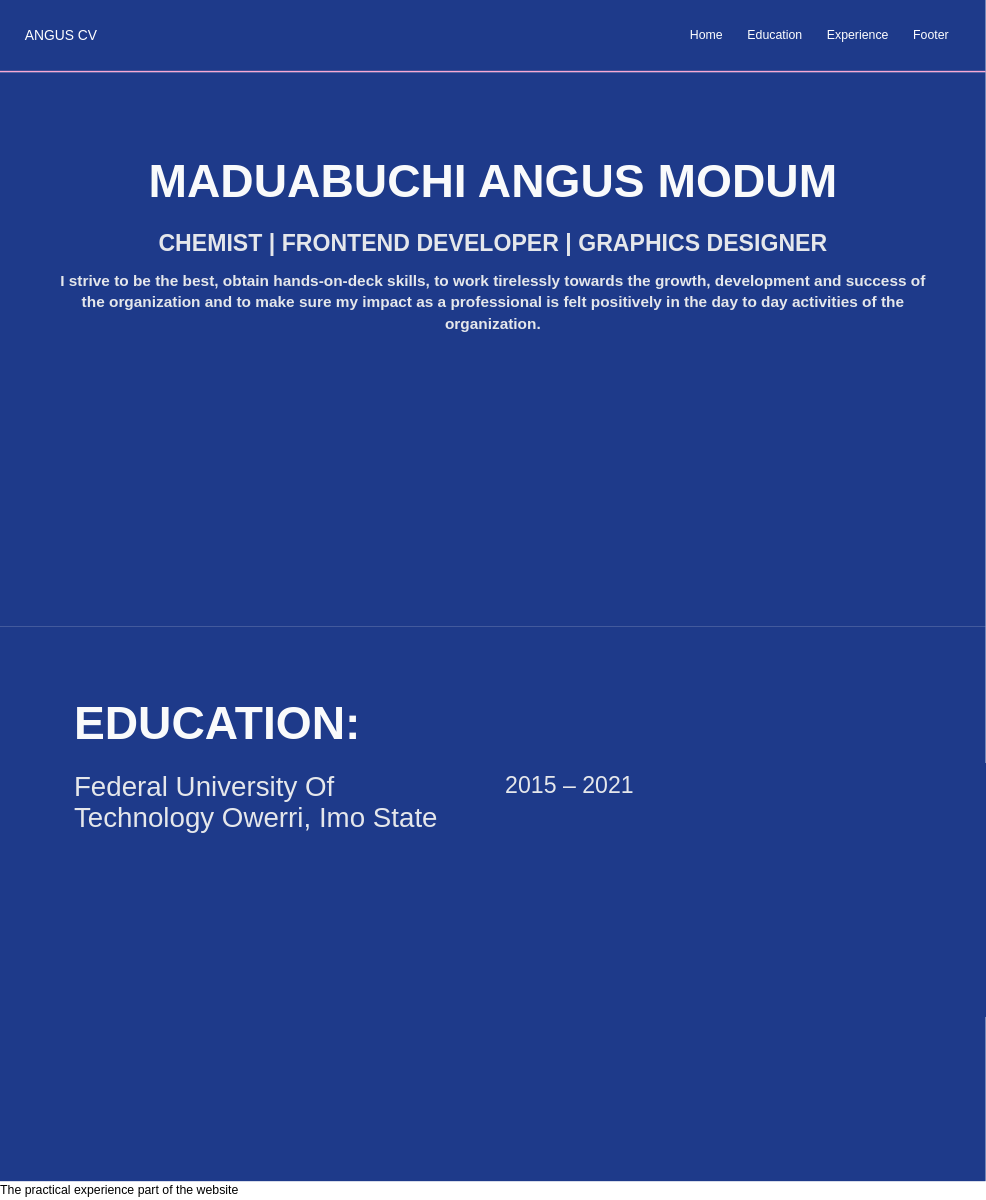
Repository: AngusOnyebuchi/AngusOnyebuchi.github.io
Page: /
These files come from the project's save history. The page is drawn as it stood at one moment and after the next save; the edit follows.
The browser window is 1280 px wide. The pictures show the whole page, at 77% of full size.
The project was rebuilt for these pictures with package versions that can differ from the ones it lists, and the page was loaded fresh each time.

Above is the page before, as saved 2022-04-17 19:28:03.

### public/index.html
<!DOCTYPE html>
<html lang="en">
  <head>
    <meta charset="utf-8" />
    <link rel="icon" href="%PUBLIC_URL%/favicon.ico" />
    <meta name="viewport" content="width=device-width, initial-scale=1" />
    <meta name="theme-color" content="#000000" />
    <meta
      name="description"
      content="Web site created using create-react-app"
    />
    <link rel="apple-touch-icon" href="%PUBLIC_URL%/logo192.png" />
    <!--
      manifest.json provides metadata used when your web app is installed on a
      user's mobile device or desktop. See https://developers.google.com/web/fundamentals/web-app-manifest/
    -->
    <link rel="manifest" href="%PUBLIC_URL%/manifest.json" />
    <!--
      Notice the use of %PUBLIC_URL% in the tags above.
      It will be replaced with the URL of the `public` folder during the build.
      Only files inside the `public` folder can be referenced from the HTML.

      Unlike "/favicon.ico" or "favicon.ico", "%PUBLIC_URL%/favicon.ico" will
      work correctly both with client-side routing and a non-root public URL.
      Learn how to configure a non-root public URL by running `npm run build`.
    -->
    <title>Angus CV </title>
  </head>
  <body>
    <noscript>You need to enable JavaScript to run this app.</noscript>
    <div id="root"></div>
    <!--
      This HTML file is a template.
      If you open it directly in the browser, you will see an empty page.

      You can add webfonts, meta tags, or analytics to this file.
      The build step will place the bundled scripts into the <body> tag.

      To begin the development, run `npm start` or `yarn start`.
      To create a production bundle, use `npm run build` or `yarn build`.
    -->
  </body>
</html>

### src/index.js
import React from "react";
import ReactDOM from "react-dom";
import "./style.css"
import App from "./App";

ReactDOM.render(<App/>, document.getElementById("root"))

### src/style.css
@tailwind base;
@tailwind components;
@tailwind utilities;

@layer base {
    body{
        @apply font-[Sans-serif];
    }
    li {
        @apply px-4;
        @apply cursor-pointer;
    }
}

### src/App.js
import React from "react";
import Home from "./components/Home"
import Education from "./components/Education";
import Experience from "./components/Experience";
import NavBar from "./components/NavBar";

export default function App() {
  return (
    <div>
      <NavBar/>
      <Home/>
      <Education/>
      <Experience/>
    </div>
  )
}

### src/components/Home.js
import React from "react";
import {FaWhatsapp, FaLocationArrow, FaSearchLocation} from "react-icons/fa"
import {HiOutlineMail} from "react-icons/hi"

export default function Home() {
    return (
        <div className="w-full h-screen p-4 bg-blue-900 text-gray-200">
            <h1 className="text-4xl md:text-6xl font-bold uppercase pt-24 text-center text-gray-50">Maduabuchi Angus Modum</h1>
            <h3 className="text-xl md:text-3xl font-bold uppercase pt-8 text-center">Chemist  |  Frontend Developer  |  Graphics Designer</h3>
            <p className="font-bold text-center justify-center text-lg md:text-xl max-w-[1200px] mx-12 mt-4">I strive to be the best, obtain hands-on-deck skills,
                to work tirelessly towards the growth, development and success of the organization and to make sure my impact
                as a professional is felt positively in the day to day activities of the organization.</p>

        </div>
    )
}

### src/components/Education.js
import React from "react";

export default function Education() {
    return(
        <div className="bg-blue-900 w-full h-screen text-gray-200">
            <h1 className="text-4xl md:text-6xl font-bold uppercase pt-24 text-left ml-24 text-gray-50">Education:</h1>
            <div className="grid grid-cols-2 gap-8 mx-16 p-8">
                <h3 className="capitalize text-2xl md:text-4xl ">Federal university of technology owerri, Imo state</h3>
                <h4 className="text-xl md:text-3xl ">2015 – 2021</h4>
            </div>
        </div>
    )
}

### src/components/Experience.js
import React from "react";

export default function Experience() {
    return(
        <div>
            <h1>The practical experience part of the website</h1>
        </div>
    )
}

### src/components/NavBar.js
import React, {useState} from "react";
import {FaTimes, FaBars} from "react-icons/fa"

export default function NavBar() {

    const [nav, setNav] = useState(true)
    const toggle = () => setNav(!nav)

    return(
        <div className="bg-blue-900 text-white w-full p-8 flex justify-between items-center border-b-2 border-pink-300">
            <h1 className="uppercase text-lg">Angus CV</h1>

            <ul className=" hidden sm:flex justify-between">
                <li className="hover:border-b-2 border-pink-300 ">Home</li>
                <li className="hover:border-b-2 border-pink-300 ">Education</li>
                <li className="hover:border-b-2 border-pink-300 ">Experience</li>
                <li className="hover:border-b-2 border-pink-300 ">Footer</li>
            </ul>

            {/** Mobile list */}
            <div onClick={toggle} className="sm:hidden z-10">
                {nav ? <FaBars/> : <FaTimes/>}
            </div>
            <ul className={nav ? 'hidden' : 'absolute top-0 left-0 w-full h-screen bg-inherit flex flex-col justify-center items-center my-8 sm:hidden'}>
                    <li>Home</li>
                    <li>Education</li>
                    <li>Experience</li>
                    <li>Footer</li>
            </ul>
        </div>
    )
}

Loaded but not shown: tailwind.config.js (common file)

After the next save:
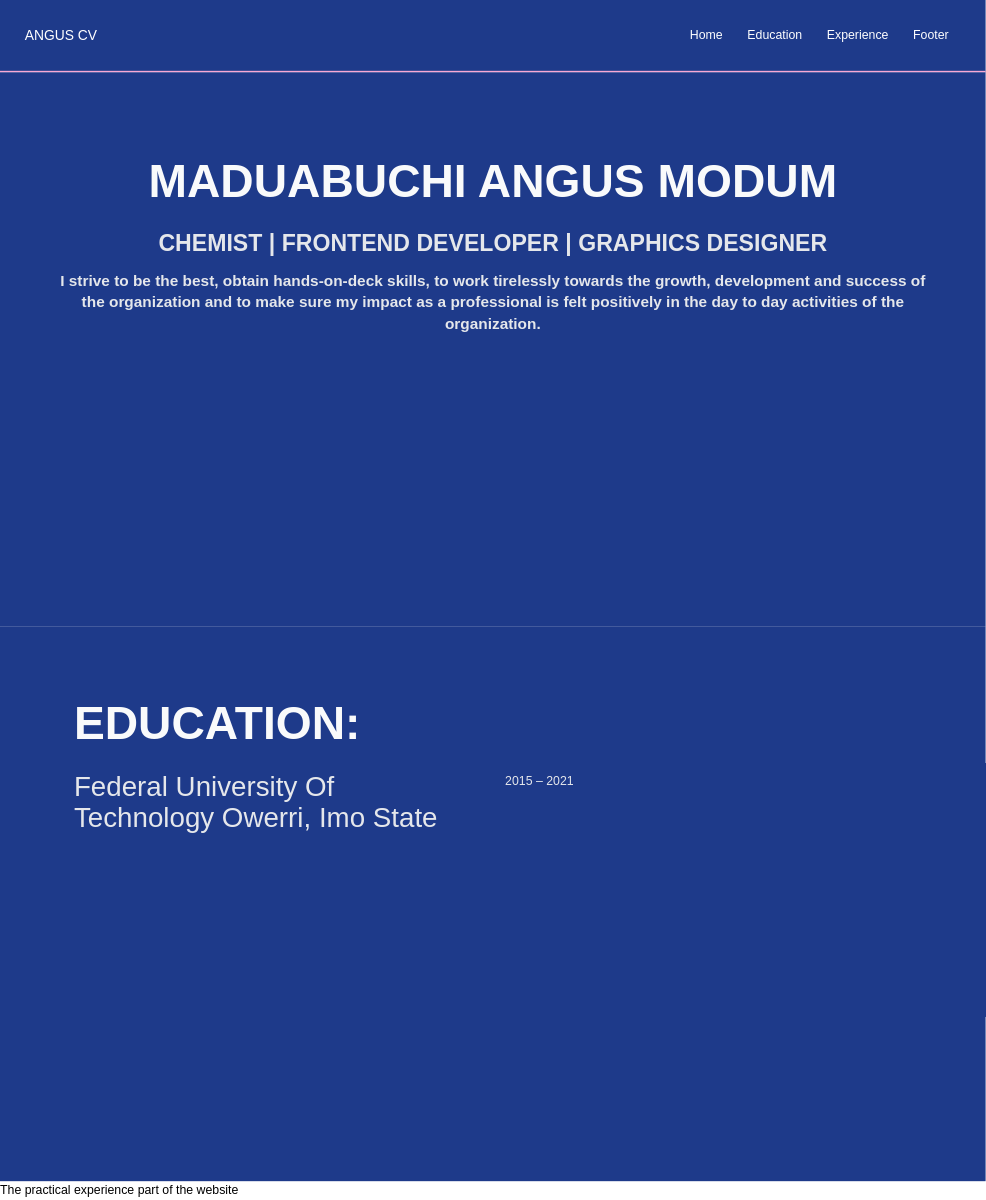
Saved 14 s later.
--- a/src/components/Education.js
+++ b/src/components/Education.js
@@ -6,7 +6,7 @@
             <h1 className="text-4xl md:text-6xl font-bold uppercase pt-24 text-left ml-24 text-gray-50">Education:</h1>
             <div className="grid grid-cols-2 gap-8 mx-16 p-8">
                 <h3 className="capitalize text-2xl md:text-4xl ">Federal university of technology owerri, Imo state</h3>
-                <h4 className="text-xl md:text-3xl ">2015 – 2021</h4>
+                <h4 className="text-lgmd:text-3xl ">2015 – 2021</h4>
             </div>
         </div>
     )

After the save that followed:
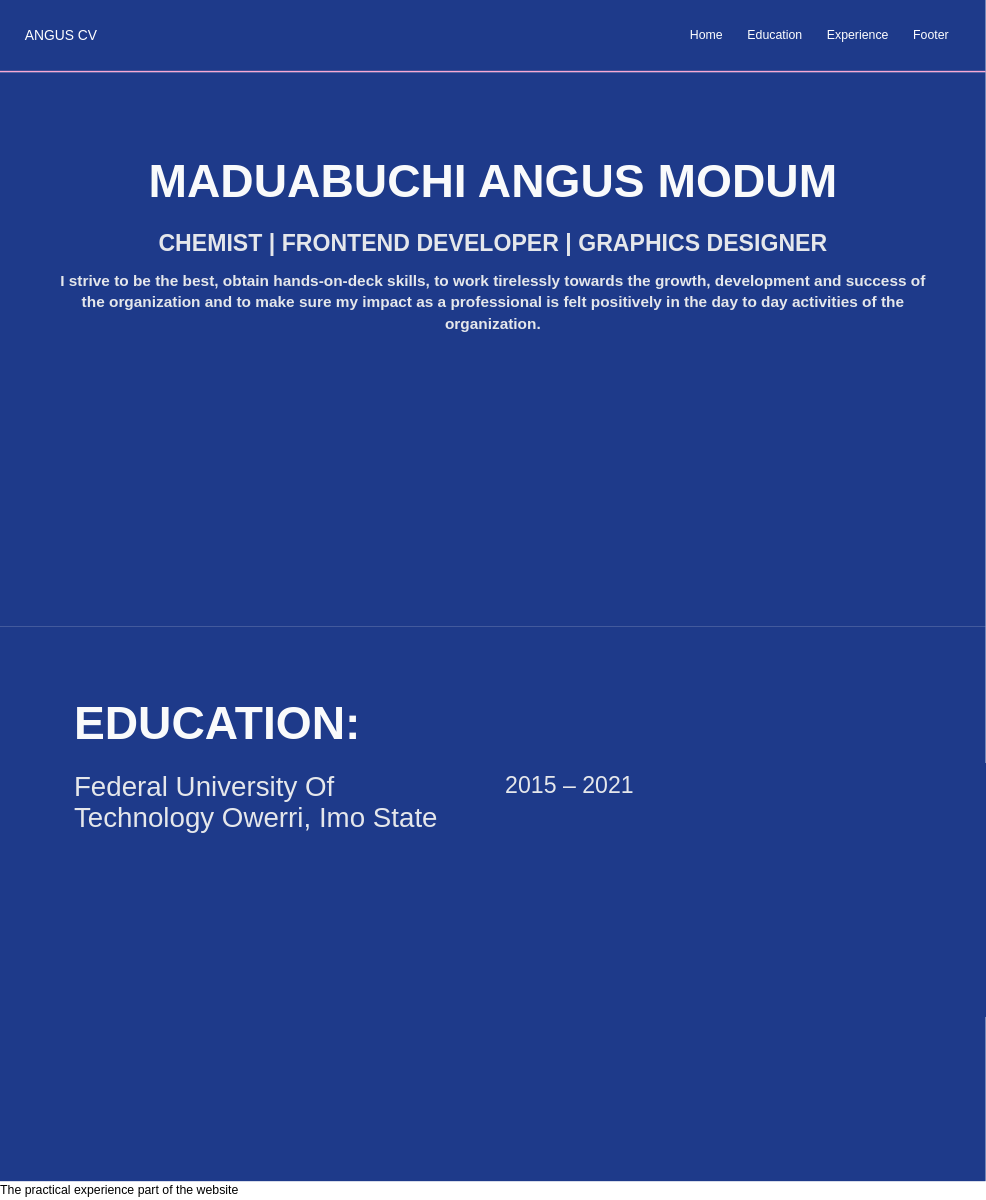
Saved 6 s later.
--- a/src/components/Education.js
+++ b/src/components/Education.js
@@ -6,7 +6,7 @@
             <h1 className="text-4xl md:text-6xl font-bold uppercase pt-24 text-left ml-24 text-gray-50">Education:</h1>
             <div className="grid grid-cols-2 gap-8 mx-16 p-8">
                 <h3 className="capitalize text-2xl md:text-4xl ">Federal university of technology owerri, Imo state</h3>
-                <h4 className="text-lgmd:text-3xl ">2015 – 2021</h4>
+                <h4 className="text-lg md:text-3xl ">2015 – 2021</h4>
             </div>
         </div>
     )
